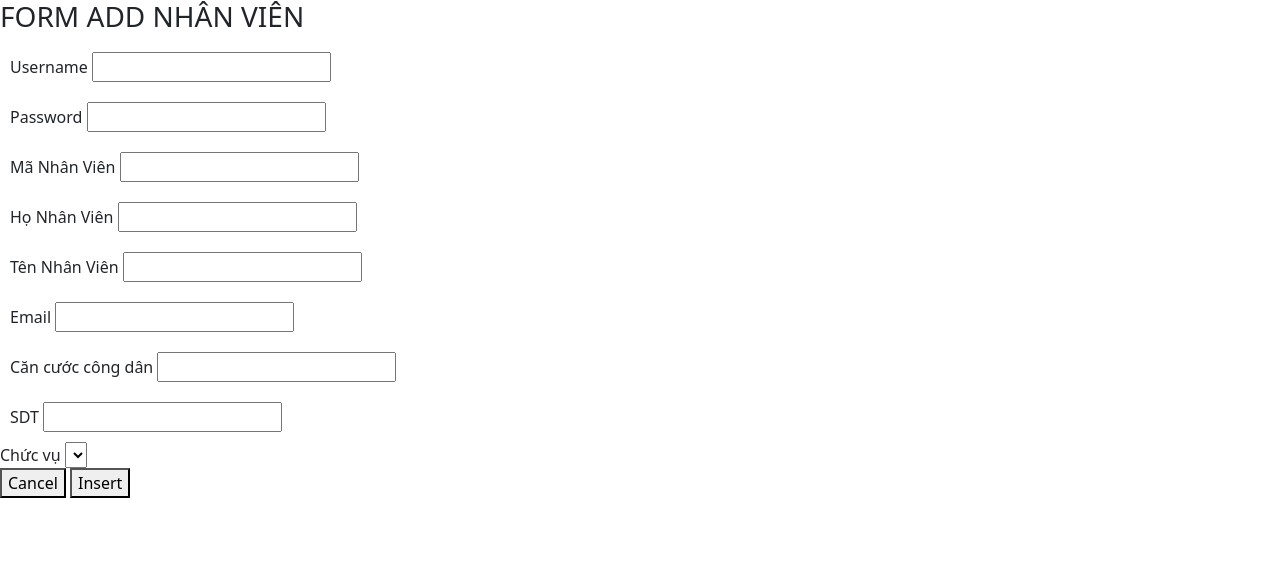
Repository: QuanghuyK1/CNPM
Page: http://localhost/CNPM/WEB-INF/views/admin/formAdd.jsp
An editor plug-in stored every save of this project. The page is shown before and after the next save, followed by the edit.
The browser window is 1280 px wide. The pictures show the whole page.
The page is served by Tomcat 9. Nobody is signed in. The template is opened directly, without the code that normally fills it, so the values that code supplies are empty.

Above is the page before, as saved 2022-04-23 02:54:12.

After the next save:
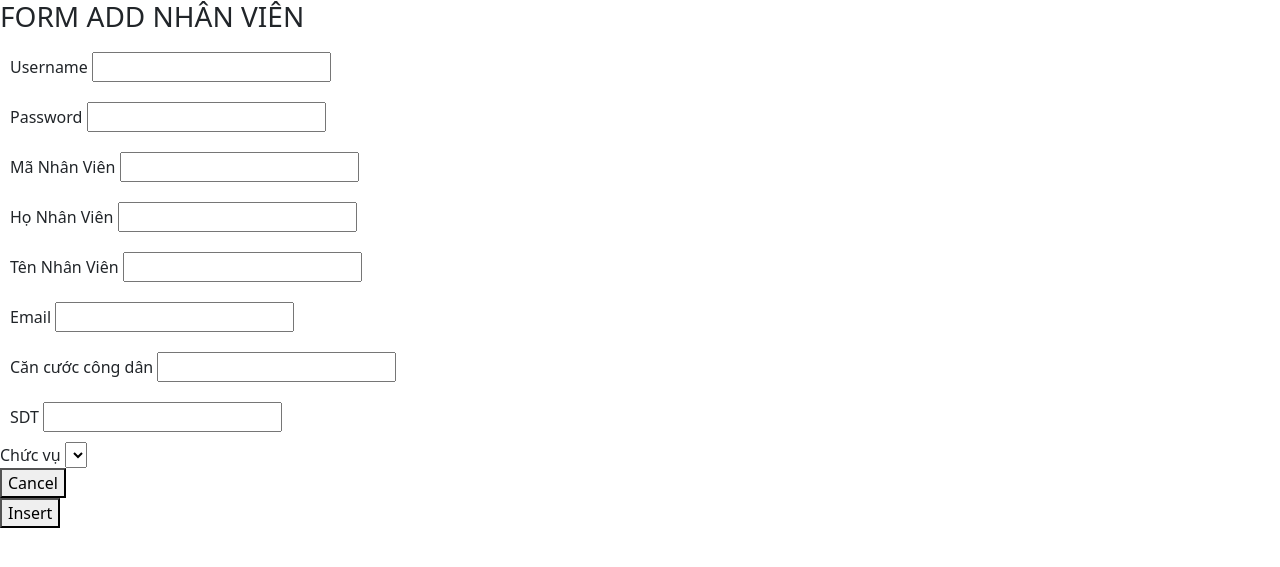
Saved 23 s later.
--- a/CNPM-main/WebXeKhach/CNPM/src/main/webapp/WEB-INF/views/admin/formAdd.jsp
+++ b/CNPM-main/WebXeKhach/CNPM/src/main/webapp/WEB-INF/views/admin/formAdd.jsp
@@ -49,7 +49,7 @@
 				</c:forEach>
 			</select>
 		</div>
-		<button>Cancel</button>
+		<form action = "back.htm"><button>Cancel</button></form>
 		<button>Insert</button>
 	</form>
 </body>
